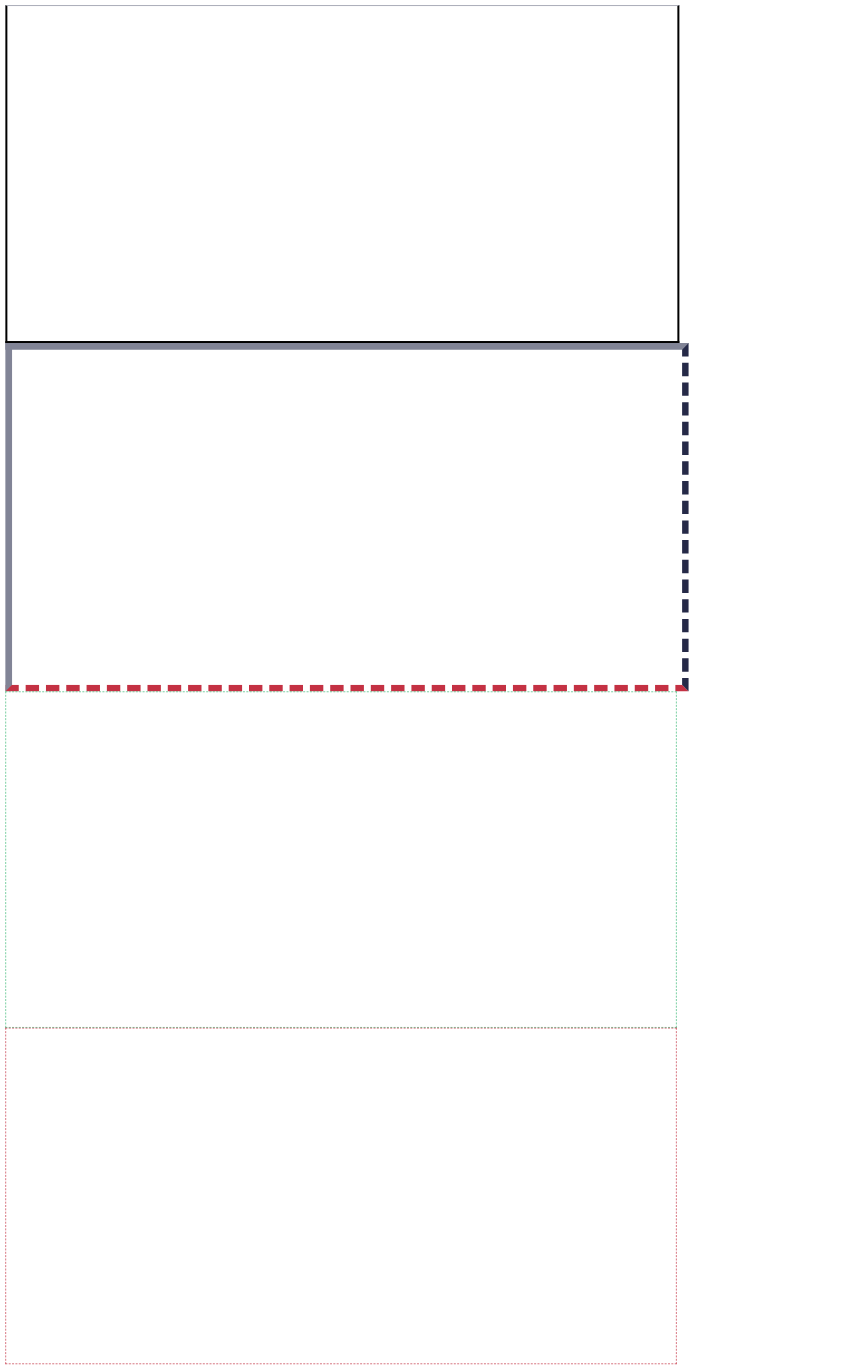
Repository: SharkPem/WebLearn
Page: Learn_HTML_CSS_cong0dao1/practise_17.html
These files come from the project's save history. The page is drawn as it stood at one moment and after the next save; the edit follows.
The browser window is 1280 px wide. The pictures show the whole page, at 67% of full size.

Above is the page before, as saved 2022-05-12 15:58:05.

### Learn_HTML_CSS_cong0dao1/practise_17.html
<!DOCTYPE html>
<html lang="en">

<head>
    <meta charset="UTF-8">
    <title>Title</title>
    <style type="text/css">
        div {
            width: 1000px;
            height: 500px;
        }

        #div1 {
            border-top: 1px #818496;
            border-style: solid;
        }

        #div2 {
            border-top: 10px #818496 solid;
            border-bottom: 10px #c43143 dashed;
            border-left: 10px #818496 solid;
            border-right: 10px #252947 dashed;
        }

        #div3 {
            border-width: 1px;
            border-style: dashed;
            border-color: #38B774;
        }

        #div4 {
            border: 1px dashed #c43143;
        }
    </style>
</head>

<body>
    <div id="div1"></div>
    <div id="div2"></div>
    <div id="div3"></div>
    <div id="div4"></div>
</body>

</html>

After the next save:
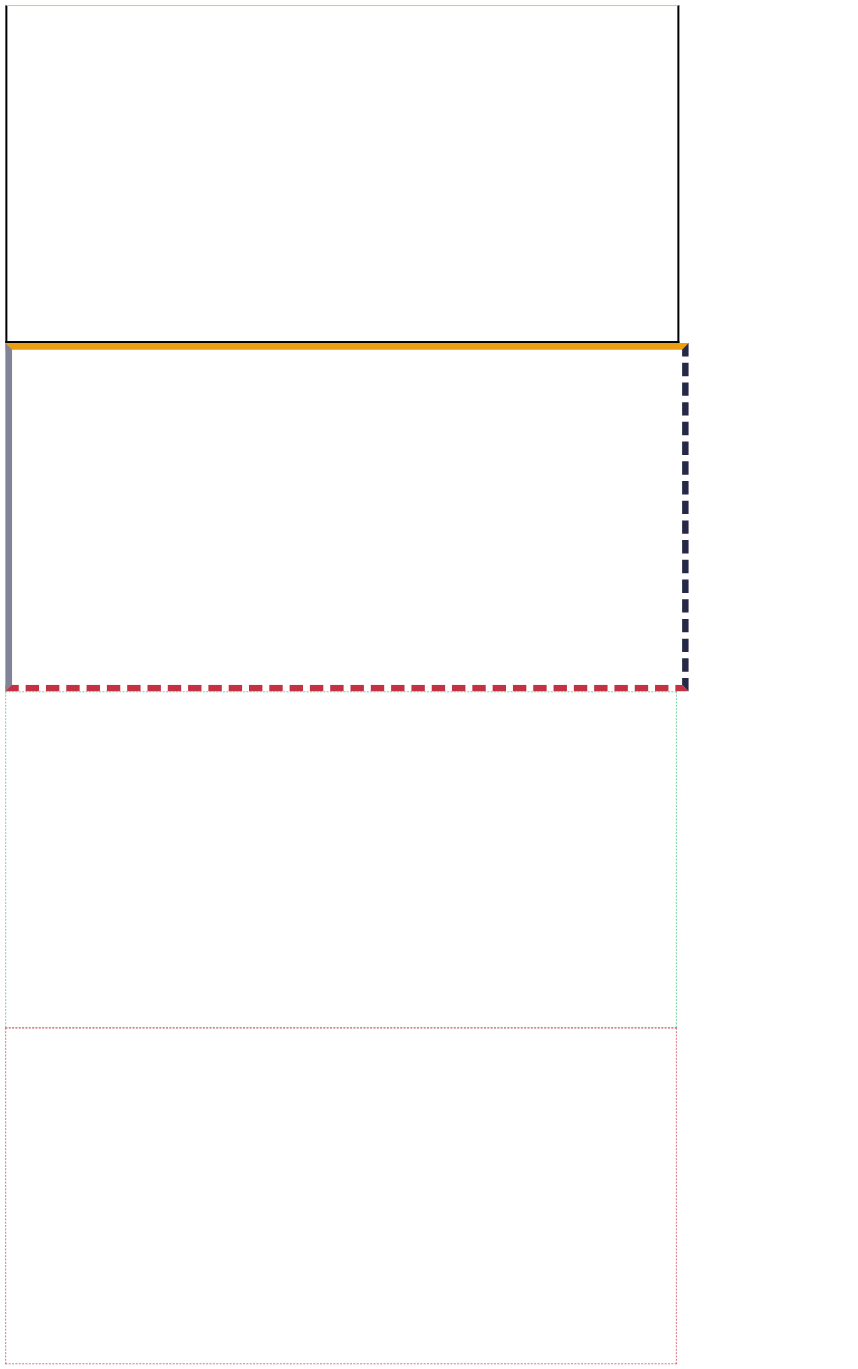
Saved 30 s later.
--- a/Learn_HTML_CSS_cong0dao1/practise_17.html
+++ b/Learn_HTML_CSS_cong0dao1/practise_17.html
@@ -11,12 +11,12 @@
         }
 
         #div1 {
-            border-top: 1px #818496;
+            border-top: 1px #eb9e11;
             border-style: solid;
         }
 
         #div2 {
-            border-top: 10px #818496 solid;
+            border-top: 10px #eb9e11 solid;
             border-bottom: 10px #c43143 dashed;
             border-left: 10px #818496 solid;
             border-right: 10px #252947 dashed;
